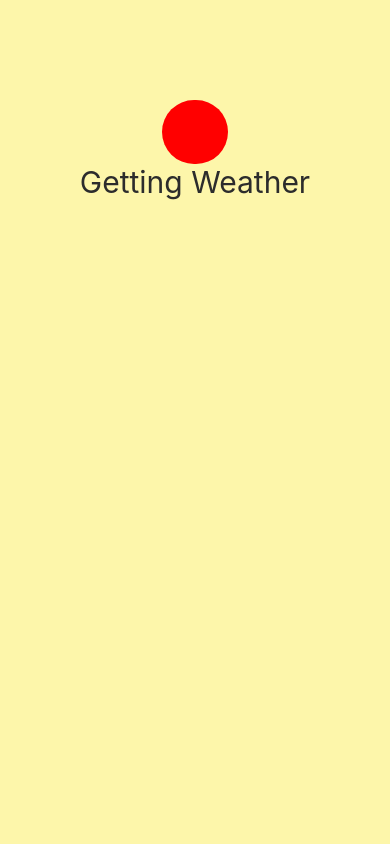
Repository: Exchallenger/Weather-app
Screen: /
The author's editor kept a copy of each file at every save. The screen is drawn from the files as they stood at one save, then again after the next save.
The app was drawn by React Native's web renderer in a window 390 px wide. The project was rebuilt for these pictures with package versions that can differ from the ones it lists, and the page was loaded fresh each time. Also part of the build but not shown: weather.js.

Above is the screen before, as saved 2021-01-15 15:20:07.

After the next save:
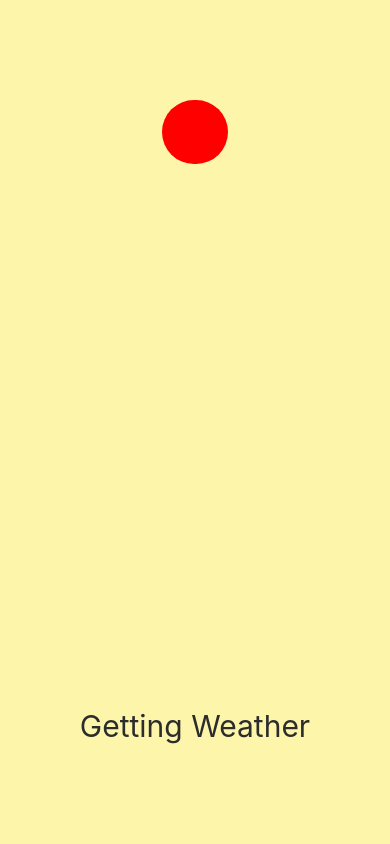
Saved 9 s later.
--- a/loading.js
+++ b/loading.js
@@ -24,8 +24,6 @@ const styles = StyleSheet.create({
         alignItems:"flex-end",
     },
     text:{
-        alignItems:"flex-end",
-        flex:1,
         color:"#2c2c2c",
         fontSize:30,
     },
